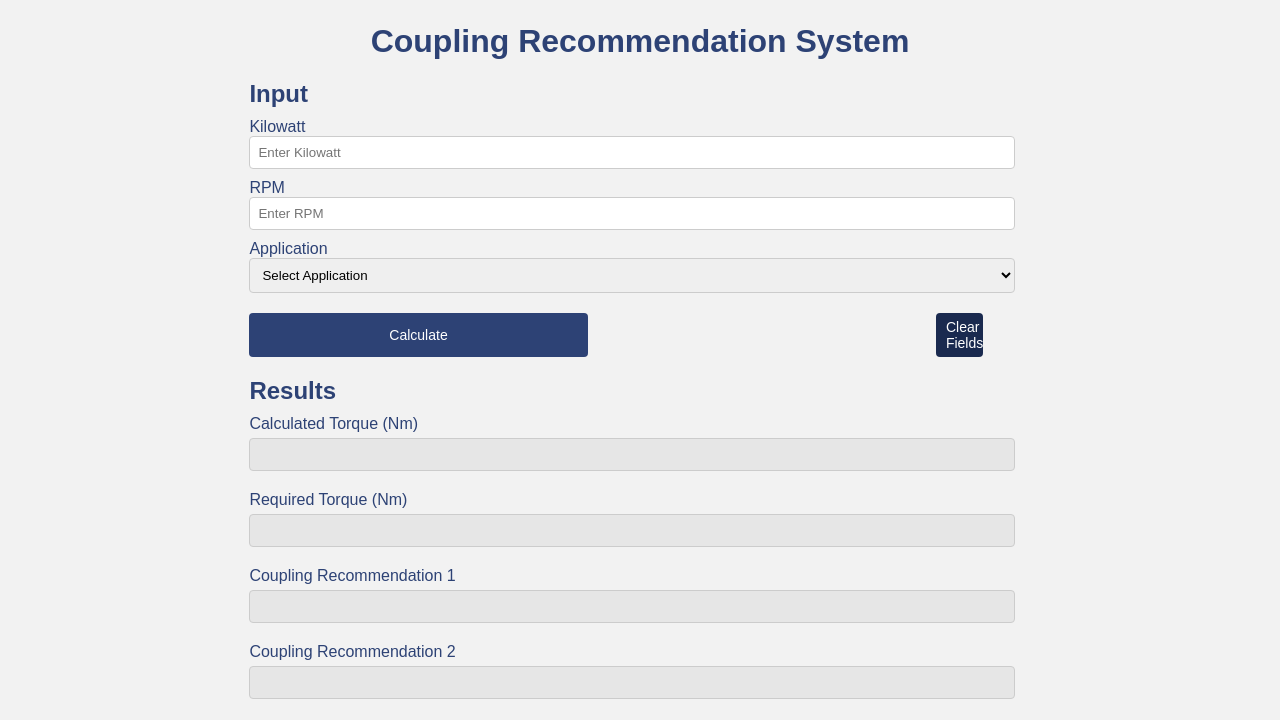
Repository: JustinSadie/calculator
Page: newIndex.html
An editor plug-in stored every save of this project. The page is shown before and after the next save, followed by the edit.
The browser window is 1280 px wide. The pictures show the whole page.

Above is the page before, as saved 2024-08-25 15:58:55.

After the next save:
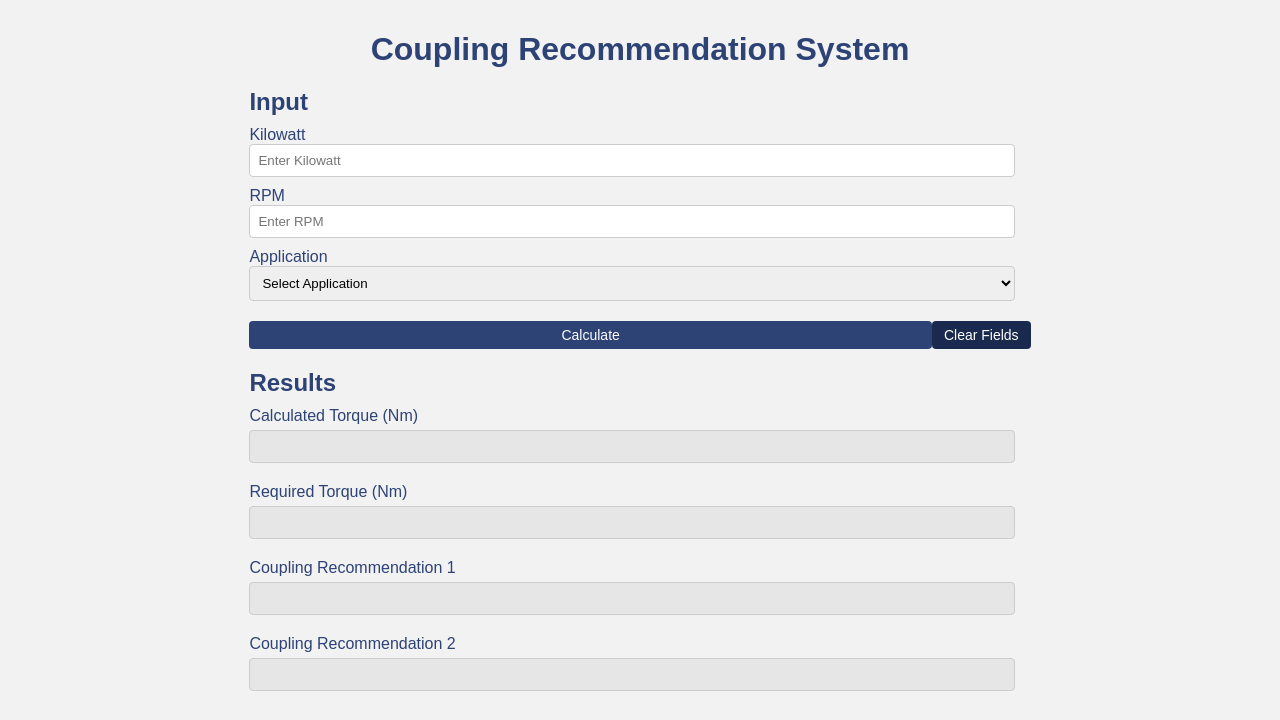
Saved 21 s later.
--- a/newCSS.css
+++ b/newCSS.css
@@ -52,7 +52,7 @@ select {
 .button-container {
   display: grid;
   grid-template-columns: 1fr auto;
-  gap: 10px;
+  justify-content: space-between; /* Space between the buttons */
   margin-top: 10px;
 }
 
@@ -64,21 +64,15 @@ button {
   border-radius: 4px;
   cursor: pointer;
   font-size: 14px;
-  width: calc(50% ); /* Adjust width for smaller button */
 }
 
 button:hover {
   background-color: #1a2a4f;
 }
 
+/* Additional button styling */
 button.additional {
-  padding: 6px 10px;
   background-color: #1a2a4f;
-  color: #ffffff;
-  border: none;
-  border-radius: 4px;
-  cursor: pointer;
-  font-size: 14px;
 }
 
 button.additional:hover {
